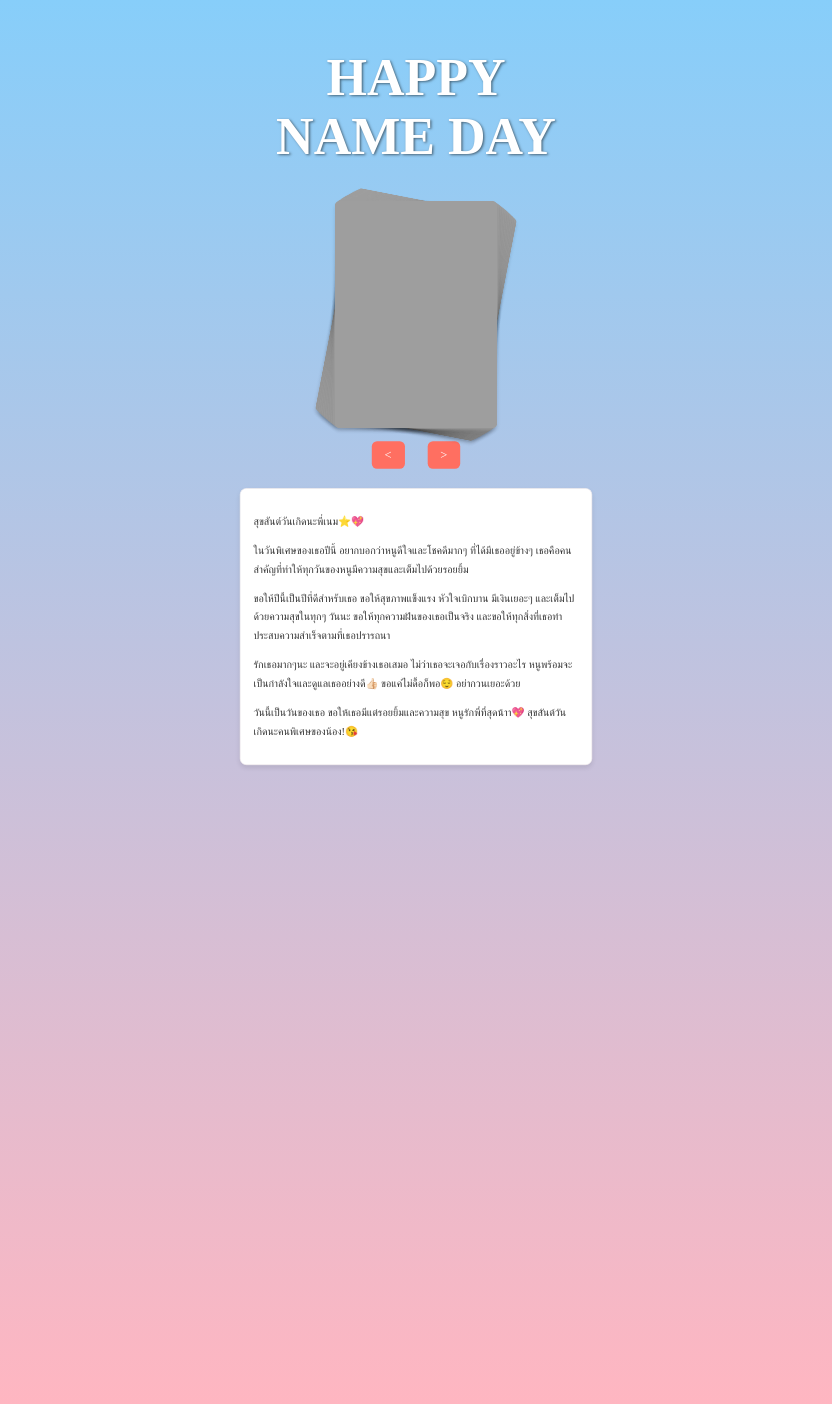
Repository: naps00/BIRTHDAY
Page: /details
An editor plug-in stored every save of this project. The page is shown before and after the next save, followed by the edit.
The browser window is 1280 px wide. The pictures show the whole page, at 65% of full size.
Pictures or frames that could not be fetched are drawn as grey boxes. The project was rebuilt for these pictures with package versions that can differ from the ones it lists, and the page was loaded fresh each time.

Above is the page before, as saved 2024-12-12 20:14:31.

### src/App.js
import React, { useState } from 'react';
import { BrowserRouter as Router, Route, Routes, Link } from 'react-router-dom';
import './App.css';
import Details from './details.js'; // นำเข้า Details.js

function Home() {
  const [showModal, setShowModal] = useState(false);

  // เมื่อวีดีโอจบ ให้แสดง modal
  const handleVideoEnd = () => {
    setShowModal(true);
  };

  return (
    <div className="App">
      <div className="container">
        <div className="text-section" style={{ flex: 1, display: 'flex', flexDirection: 'column', justifyContent: 'center', alignItems: 'center', textAlign: 'center', height: '100vh', color: 'black', fontSize: 'calc(3vw + 0vh)', fontWeight: 'bold' }}>
          <h2>HAPPY BIRTHDAY !!</h2>
          <p>MY LOVE ♡ </p>
          <img src="https://img2.pic.in.th/pic/fc8c0bdfae313c2ffd700a21b05915d6-removebg-preview.png" alt="Happy Birthday Decoration" style={{width: '200px', height: '200PX' }} />
        </div>

        <div className="video-section">
          <video
            className="video-player"
            controls
            onEnded={handleVideoEnd}
          >
            <source src="https://v1.pinimg.com/videos/mc/720p/3d/2a/3c/3d2a3ca4078af4f14258938781ed5f8e.mp4" type="video/mp4" />
            Your browser does not support the video tag.
          </video>
        </div>
      </div>

      {/* Modal */}
      {showModal && (
        <div className="modal-backdrop">
          <div className="modal-content">
            <h2>Are you ready?</h2>
            {/* เปลี่ยนปุ่ม "ปิด" ให้เป็นลิงค์ไปยังหน้า /details */}
            <Link to="/details">
              <button className="pulse">GO !!</button>
            </Link>
          </div>
        </div>
      )}

      {/* เพิ่มอิโมจิที่วิ้งๆ */}
      <div className="emoji">🌟</div>
      <div className="emoji2">✨</div>
      <div className="emoji3">💕</div>

    </div>
  );
}

function App() {
  return (
    <Router>
      <Routes>
        <Route path="/" element={<Home />} />
        <Route path="/details" element={<Details />} /> {/* เพิ่มเส้นทางสำหรับหน้า /details */}
      </Routes>
    </Router>
  );
}

export default App;

### src/App.css
/* การจัด layout ของแอปพลิเคชัน */
.App {
  background-color: white;
  min-height: 100vh;
  display: flex;
  justify-content: center;
  align-items: center;
}

/* ส่วนที่ใช้จัด layout */
.container {
  display: flex;
  flex-direction: row; /* แบ่งพื้นที่ออกเป็น 2 ส่วน */
  width: 100%;
  height: 100vh;
}

/* ส่วนข้อความ */
.text-section {
  flex: 1;
  display: flex;
  flex-direction: column;
  justify-content: center;
  align-items: center;
  padding: 20px;
  background-color: #f9f9f9;
}

.text-section h1 {
  margin-bottom: 20px;
}

/* ส่วนวีดีโอ */
.video-section {
  flex: 1;
  display: flex;
  justify-content: center;
  align-items: center;
  background-color: #000;
}

.video-player {
  width: 100%; /* ให้วีดีโอเต็มความกว้าง */
  height: 100%; /* ให้วีดีโอเต็มความสูง */
  object-fit: cover; /* ปรับวีดีโอให้เต็มพื้นที่โดยไม่เสียสัดส่วน */

/* การแสดง modal */
}
.modal-backdrop {
  position: fixed;
  top: 0;
  left: 0;
  width: 100%;
  height: 100%;
  background: rgba(0, 0, 0, 0.7);
  display: flex;
  justify-content: center;
  align-items: center;
  z-index: 100; /* ทำให้ modal อยู่เหนือสิ่งอื่น */
  animation: fadeInPop 0.5s ease-out;
}

/* เพิ่ม z-index ให้ modal-content */
.modal-content {
  background: white;
  padding: 20px;
  border-radius: 10px;
  text-align: center;
  box-shadow: 0 2px 10px rgba(0, 0, 0, 0.3);
  animation: slideUp 0.3s ease-out;
  z-index: 101; /* ทำให้เนื้อหาของ modal อยู่เหนือ backdrop */
}

/* การแอนิเมชัน fade-in และ pop-up สำหรับ modal backdrop */
@keyframes fadeInPop {
  0% {
    opacity: 0;
    transform: scale(0.8);
  }
  100% {
    opacity: 1;
    transform: scale(1);
  }
}

body {
  font-family: 'Coiny', cursive;
  margin: 0;
  padding: 0;
  box-sizing: border-box;
  background-color: #fef9ef;
  color: #333;
}

h1, h2, p {
  font-family: 'Coiny', cursive; /* ฟอนต์ใหม่สำหรับข้อความ */
}

button {
  font-family: 'Coiny', cursive;
  font-size: 1.2rem;
  background-color: #ff6f61;
  color: #fff;
  padding: 10px 20px;
  border: none;
  border-radius: 8px;
  cursor: pointer;
  transition: background-color 0.3s ease, transform 0.3s ease;
}

button:hover {
  background-color: #ff3d3d;
  transform: scale(1.1);
}

/* การแอนิเมชัน slide-up สำหรับ modal content */
@keyframes slideUp {
  0% {
    transform: translateY(20px);
    opacity: 0;
  }
  100% {
    transform: translateY(0);
    opacity: 1;
  }
}

.modal-content h2 {
  margin-bottom: 20px;
}

.modal-content button {
  padding: 10px 20px;
  background-color: #007bff;
  color: white;
  border: none;
  border-radius: 5px;
  cursor: pointer;
  transition: transform 0.3s ease, background-color 0.3s ease;
}

/* เอฟเฟกต์เมื่อ hover ปุ่ม */
.modal-content button:hover {
  background-color: #0056b3;
  transform: scale(1.1); /* ขยายขนาดปุ่มเมื่อ hover */
}

/* เอฟเฟกต์การเต้นของปุ่ม */
@keyframes pulse {
  0% {
    transform: scale(1);
    opacity: 1;
  }
  50% {
    transform: scale(1.1);
    opacity: 0.8;
  }
  100% {
    transform: scale(1);
    opacity: 1;
  }
}

.pulse {
  animation: pulse 1.5s infinite;
}

/* อิโมจิวิ้งๆ */
.emoji {
  position: fixed;
  top: 30%;
  right: 50%;
  font-size: 30px;
  animation: smoothBounce 1.4s infinite;
  z-index: 50; /* ทำให้ไอคอนอิโมจิอยู่ใต้ modal */
}
.emoji2 {
  position: fixed;
  top: 18%;
  right: 97%;
  font-size: 30px;
  animation: smoothBounce 1.5s infinite;
  z-index: 50; /* ทำให้ไอคอนอิโมจิอยู่ใต้ modal */
}
.emoji3 {
  position: fixed;
  top: 63%;
  right: 65%;
  font-size: 50px;
  animation: smoothBounce 3s infinite;
  z-index: 50; /* ทำให้ไอคอนอิโมจิอยู่ใต้ modal */
}
/* การกระพิบ */
/* @keyframes fadeInOut {
  0%, 100% {
    opacity: 0;
  }
  50% {
    opacity: 1;
  }
}

.fade {
  animation: fadeInOut 1s infinite;
} */

/* การแอนิเมชันวิ้ง */
@keyframes smoothBounce {
  0%, 100% {
    transform: translateY(0);
    opacity: 1;
  }
  25% {
    transform: translateY(-1px);
    opacity: 1;
  }
  50% {
    transform: translateY(-1px);
    opacity: 1;
  }
  75% {
    transform: translateY(5px);
    opacity: 1;
  }
}


/* การแอนิเมชัน zoom-in */
@keyframes zoomIn {
  0% {
    transform: scale(0.8);
    opacity: 0;
  }
  100% {
    transform: scale(1);
    opacity: 1;
  }
}

.zoom-in {
  animation: zoomIn 0.4s ease-out;
}

/* เอฟเฟกต์ fade-in สำหรับเนื้อหาที่โหลด */
.fade-in {
  opacity: 0;
  animation: fadeIn 1s forwards;
}

@keyframes fadeIn {
  from {
    opacity: 0;
  }
  to {
    opacity: 1;
  }
}

### src/details.js
import React, { useState } from 'react';
import { useSwipeable } from 'react-swipeable'; // นำเข้า useSwipeable
import './details.css';

function Details() {
  const images = [
    "https://img2.pic.in.th/pic/C14EEE1A-1C6E-4778-85B7-4833D53D43EB.jpeg",
    "https://img5.pic.in.th/file/secure-sv1/618E6171-BADE-42BC-A018-2EA60935F70F.jpeg",
    "https://img5.pic.in.th/file/secure-sv1/IMG_448429fe121e41b2f430.jpeg",
    "https://img5.pic.in.th/file/secure-sv1/IMG_64786800a538a371f8ae.jpeg",
    "https://img2.pic.in.th/pic/IMG_18254b9a0e0ef262515a.jpeg",
    "https://img2.pic.in.th/pic/IMG_750821c6a0b5848c84f8.jpeg",
    "https://img2.pic.in.th/pic/IMG_217360495c125ab56c81.jpeg",
    "https://img5.pic.in.th/file/secure-sv1/IMG_79057ffcc3e4b6cb96bc.jpeg",
    "https://img2.pic.in.th/pic/IMG_7834161695a4292d3799.jpeg",
    "https://img5.pic.in.th/file/secure-sv1/IMG_7833a600a5964cb97987.jpeg",
    "https://img5.pic.in.th/file/secure-sv1/IMG_7669dbd275c5d25b60ea.jpeg",
    "https://img2.pic.in.th/pic/IMG_791818c257fcaec84a84.jpeg"
  ];

  const [currentIndex, setCurrentIndex] = useState(0);

  const handlers = useSwipeable({
    onSwipedLeft: () => handleNext(),
    onSwipedRight: () => handlePrev(),
    preventDefaultTouchmoveEvent: true,
    trackMouse: true
  });

  const handleNext = () => {
    setCurrentIndex((currentIndex + 1) % images.length);
  };

  const handlePrev = () => {
    setCurrentIndex((currentIndex - 1 + images.length) % images.length);
  };

  return (
    <div className="details-page" style={{ overflowY: 'auto', maxHeight: '100vh', padding: '20px' }}>
      <div className="header-text" style={{ textAlign: 'center' }}>
        <h1>HAPPY <br /> NAME DAY</h1>
      </div>

      <div className="card-stack" {...handlers} style={{ position: 'relative', height: '350px', marginBottom: '20px' }}>
        {images.map((src, index) => {
          const zIndex = images.length - Math.abs(currentIndex - index);
          const rotation = (index - currentIndex) * 1; // การหมุนภาพ
          const offset = (index - currentIndex) * 0; // ระยะเลื่อน

          return (
            <img
              key={index}
              src={src}
              alt={`Slide ${index + 1}`}
              className="card"
              style={{
                zIndex: zIndex,
                position: 'absolute',
                left: '50%',
                top: '50%',
                transform: `translate(-50%, -50%) rotate(${rotation}deg)`,
                marginTop: `${offset}px`,
                width: '250px',
                height: '350px',
                borderRadius: '8px',
                boxShadow: '0 4px 6px rgba(0, 0, 0, 0.1)',
              }}
            />
          );
        })}
      </div>

      <div className="controls" style={{ textAlign: 'center', marginTop: '0px' }}>
        <button onClick={handlePrev} style={{ margin: '0 10px', padding: '10px 20px' }}>
          &lt;
        </button>
        <button onClick={handleNext} style={{ margin: '0 10px', padding: '10px 20px' }}>
          &gt;
        </button>
      </div>
      <div
        className="card-message"


      >
        <div className="text-box">
  <p>สุขสันต์วันเกิดนะพี่เนม⭐️💖</p>

  <p>
    ในวันพิเศษของเธอปีนี้ อยากบอกว่าหนูดีใจและโชคดีมากๆ ที่ได้มีเธออยู่ข้างๆ
    เธอคือคนสำคัญที่ทำให้ทุกวันของหนูมีความสุขและเต็มไปด้วยรอยยิ้ม
  </p>

  <p>
    ขอให้ปีนี้เป็นปีที่ดีสำหรับเธอ ขอให้สุขภาพแข็งแรง หัวใจเบิกบาน
    มีเงินเยอะๆ และเต็มไปด้วยความสุขในทุกๆ วันนะ ขอให้ทุกความฝันของเธอเป็นจริง
    และขอให้ทุกสิ่งที่เธอทำประสบความสำเร็จตามที่เธอปรารถนา
  </p>

  <p>
    รักเธอมากๆนะ และจะอยู่เคียงข้างเธอเสมอ ไม่ว่าเธอจะเจอกับเรื่องราวอะไร
    หนูพร้อมจะเป็นกำลังใจและดูแลเธออย่างดี👍🏻 ขอแค่ไม่ดื้อก็พอ😌 อย่ากวนเยอะด้วย
  </p>

  <p>
    วันนี้เป็นวันของเธอ ขอให้เธอมีแต่รอยยิ้มและความสุข หนูรักพี่ที่สุดน้าา💖
    สุขสันต์วันเกิดนะคนพิเศษของน้อง!😘
  </p>
</div>

      </div>


      <audio autoPlay loop>
        <source src="https://www.soundhelix.com/examples/mp3/SoundHelix-Song-1.mp3" type="audio/mp3" />
        Your browser does not support the audio element.
      </audio>
    </div>
  );
}

export default Details;

### src/details.css
.details-page {
  display: flex;
  flex-direction: column;
  align-items: center;
  justify-content: flex-start;
  min-height: 300vh; /* กำหนดความสูงขั้นต่ำ */
  background: linear-gradient(to bottom, #87CEFA, #FFB6C1);
  padding: 40px; /* เพิ่มระยะห่างจากขอบ */
  overflow-y: auto; /* ให้เลื่อนแนวตั้งได้ */
  box-sizing: border-box;
}

.card-stack {
  position: relative;
  width: 100%; /* ใช้พื้นที่เต็มความกว้าง */
  max-width: 400px; /* จำกัดขนาดความกว้าง */
  display: flex;
  flex-direction: column; /* จัดเรียงแนวตั้ง */
  align-items: center;
  gap: 20px; /* ระยะห่างระหว่างแต่ละรูป */
}
.header-text {
  text-align: center;
  color: white;
  text-shadow: 2px 2px 4px rgba(0, 0, 0, 0.5);
  font-size: 2.5rem;
}
.card {
  width: 200px; /* เพิ่มขนาดความกว้าง */
  height: 300px; /* เพิ่มขนาดความสูง */
  border-radius: 10px;
  box-shadow: 0 4px 8px rgba(0, 0, 0, 0.2);
}

.text-box {
  margin-top: 30px;
  padding: 20px;
  width: 100%;
  max-width: 500px;
  background: #ffffff;
  border: 1px solid #f5eeee;
  border-radius: 10px;
  box-shadow: 0 4px 8px rgba(0, 0, 0, 0.1);
  text-align: left; /* จัดข้อความให้อยู่ทางซ้าย */
  font-size: 16px; /* ขนาดข้อความ */
  line-height: 1.8; /* ระยะระหว่างบรรทัด */
  color: #333; /* สีตัวอักษร */
  white-space: pre-line; /* รองรับข้อความหลายบรรทัด */
}


.controls {
  margin-top: 10px; /* ระยะห่างระหว่างปุ่มกับข้อความ */
  display: flex;
  justify-content: center;
  gap: 15px; /* เพิ่มระยะห่างระหว่างปุ่ม */
}

Loaded but not shown: public/index.html (common file); src/index.js (common file); src/index.css (common file); src/reportWebVitals.js (common file)

After the next save:
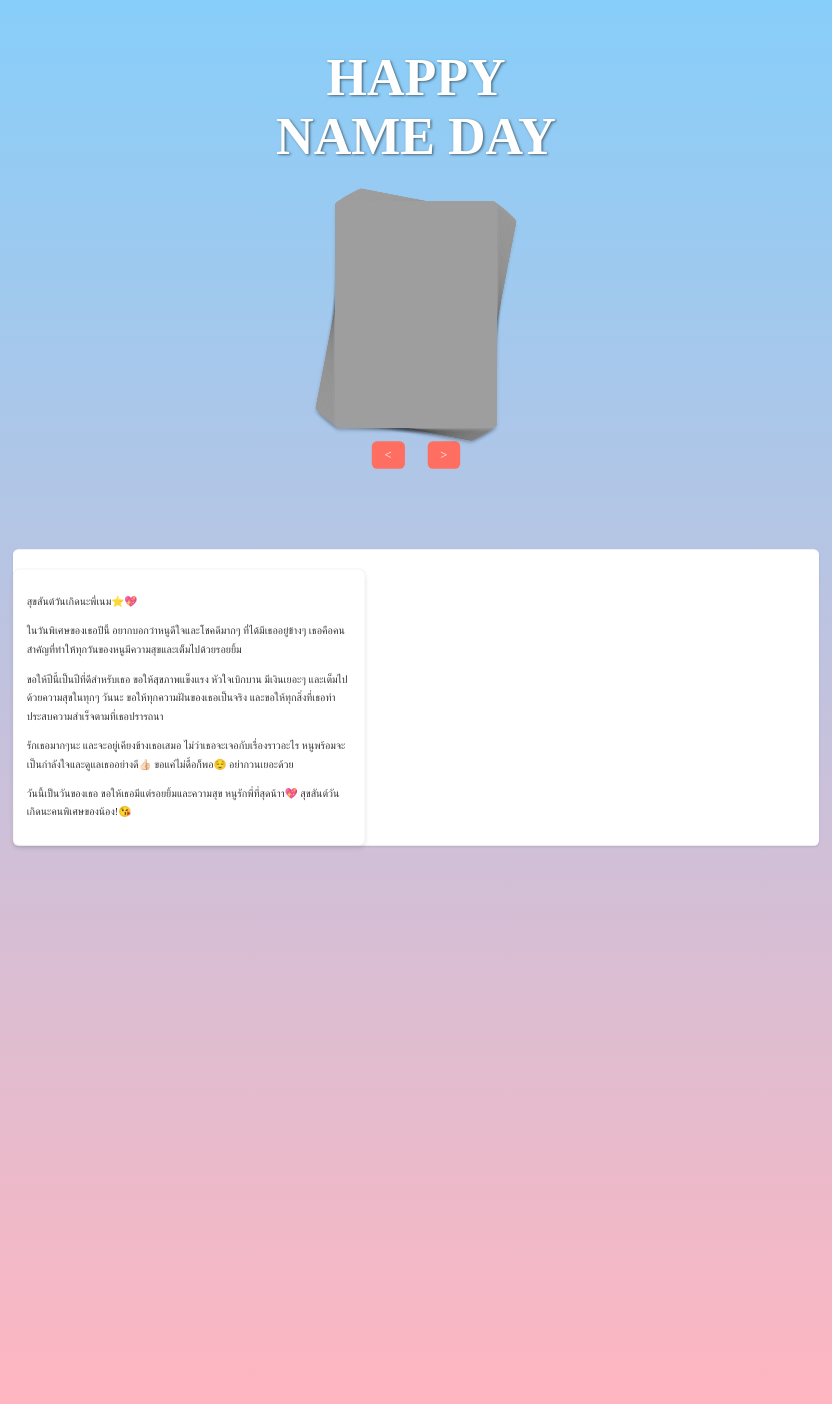
Saved 16 s later.
--- a/src/details.js
+++ b/src/details.js
@@ -80,8 +80,16 @@ function Details() {
       </div>
       <div
         className="card-message"
-
-
+        style={{
+          margin: '10%',
+          width: '100%',
+          borderRadius: '8px',
+          backgroundColor: '#fff',
+          boxShadow: '0 2px 4px rgba(0, 0, 0, 0.1)',
+          textAlign: 'center',
+          fontSize: '16px',
+          lineHeight: '1.5',
+        }}
       >
         <div className="text-box">
   <p>สุขสันต์วันเกิดนะพี่เนม⭐️💖</p>
